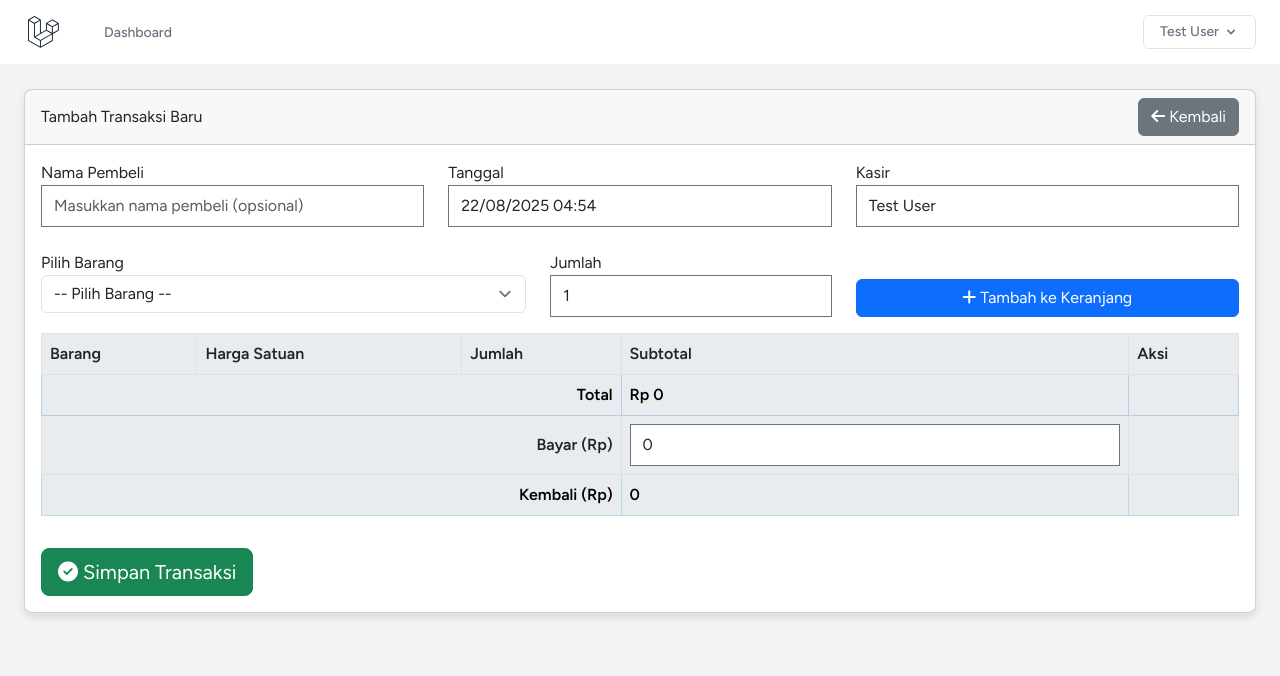
Repository: mufti-1448/kasir-app
Page: http://localhost/transaksis/create
An editor plug-in stored every save of this project. The page is shown before and after a run of saves, followed by the edit.
The browser window is 1280 px wide. The pictures show the whole page.
The page is served by the project's Laravel application, run on PHP 8.4 with Laravel 12. A made-up administrator, Test User (test@example.com), is signed in. Other server files are loaded and not shown. Style sheets and scripts are compiled from the project's sources, by tool versions that may differ from the author's. Queries for data that is not in the repository find no rows.

Above is the page before, as saved 2025-09-02 23:19:12.

### routes/web.php
<?php

use App\Http\Controllers\ProfileController;
use App\Http\Controllers\BarangController;
use Illuminate\Support\Facades\Route;
use App\Http\Controllers\TransaksiController;

Route::get('/', function () {
    return view('welcome');
});

Route::get('/dashboard', function () {
    return view('dashboard');
})->middleware(['auth', 'verified'])->name('dashboard');

Route::middleware('auth')->group(function () {
    // Profile routes
    Route::get('/profile', [ProfileController::class, 'edit'])->name('profile.edit');
    Route::patch('/profile', [ProfileController::class, 'update'])->name('profile.update');
    Route::delete('/profile', [ProfileController::class, 'destroy'])->name('profile.destroy');

    // Barang routes - menggunakan resource controller
    Route::resource('barangs', BarangController::class);

    // Alternatif: jika ingin mendefinisikan manual satu per satu
    // Route::get('/barangs', [BarangController::class, 'index'])->name('barangs.index');
    // Route::get('/barangs/create', [BarangController::class, 'create'])->name('barangs.create');
    // Route::post('/barangs', [BarangController::class, 'store'])->name('barangs.store');
    // Route::get('/barangs/{barang}', [BarangController::class, 'show'])->name('barangs.show');
    // Route::get('/barangs/{barang}/edit', [BarangController::class, 'edit'])->name('barangs.edit');
    // Route::put('/barangs/{barang}', [BarangController::class, 'update'])->name('barangs.update');
    // Route::delete('/barangs/{barang}', [BarangController::class, 'destroy'])->name('barangs.destroy');

    // Tambahkan di dalam middleware auth
    Route::resource('transaksis', TransaksiController::class);
    Route::post('transaksis/add-item', [TransaksiController::class, 'addItem'])->name('transaksis.addItem');
    Route::post('transaksis/remove-item', [TransaksiController::class, 'removeItem'])->name('transaksis.removeItem');
    Route::post('transaksis/process-payment', [TransaksiController::class, 'processPayment'])->name('transaksis.processPayment');
});

require __DIR__ . '/auth.php';

### app/Models/Barang.php
<?php

namespace App\Models;

use Illuminate\Database\Eloquent\Factories\HasFactory;
use Illuminate\Database\Eloquent\Model;
use Illuminate\Database\Eloquent\SoftDeletes;

class Barang extends Model
{
    use HasFactory, SoftDeletes;

    protected $table = 'barangs'; // <- Pastikan ini 'barangs'

    protected $fillable = [
        'nama',
        'kategori',
        'harga_beli',
        'harga_jual',
        'stok',
        'satuan'
    ];
}

### resources/views/transaksis/create.blade.php
@extends('layouts.app')

@section('title', 'Tambah Transaksi Baru')

@section('content')
    <div class="container-fluid">
        <div class="row">
            <div class="col-md-12">
                <div class="card">
                    <div class="card-header d-flex justify-content-between align-items-center">
                        <h5 class="mb-0">Tambah Transaksi Baru</h5>
                        <a href="{{ route('transaksis.index') }}" class="btn btn-secondary">
                            <i class="fas fa-arrow-left"></i> Kembali
                        </a>
                    </div>
                    <div class="card-body">
                        <form id="form-transaksi" method="POST" action="{{ route('transaksis.store') }}">
                            @csrf

                            <!-- Informasi Transaksi & Nama Pembeli -->
                            <div class="row mb-4">
                                <div class="col-md-4">
                                    <div class="form-group">
                                        <label for="nama_pembeli">Nama Pembeli</label>
                                        <input type="text" name="nama_pembeli" id="nama_pembeli" class="form-control"
                                            placeholder="Masukkan nama pembeli (opsional)"
                                            value="{{ old('nama_pembeli') }}">
                                    </div>
                                </div>
                                <div class="col-md-4">
                                    <div class="form-group">
                                        <label for="tanggal">Tanggal</label>
                                        <input type="text" class="form-control" value="{{ now()->format('d/m/Y H:i') }}"
                                            readonly>
                                    </div>
                                </div>
                                <div class="col-md-4">
                                    <div class="form-group">
                                        <label for="kasir">Kasir</label>
                                        <input type="text" class="form-control" value="{{ auth()->user()->name }}"
                                            readonly>
                                    </div>
                                </div>
                            </div>

                            <!-- Pilih Barang -->
                            <div class="row mb-3">
                                <div class="col-md-5">
                                    <label for="barang_id">Pilih Barang</label>
                                    <select id="barang_id" class="form-control">
                                        <option value="">-- Pilih Barang --</option>
                                        @foreach ($barangs as $barang)
                                            <option value="{{ $barang->id }}" data-harga="{{ $barang->harga_jual }}"
                                                data-nama="{{ $barang->nama }}" data-stok="{{ $barang->stok }}"
                                                data-kode="{{ $barang->kode }}">
                                                {{ $barang->kode }} - {{ $barang->nama }} (Stok: {{ $barang->stok }}) -
                                                Rp {{ number_format($barang->harga_jual, 0, ',', '.') }}
                                            </option>
                                        @endforeach
                                    </select>
                                    <small class="text-muted" id="stok-info"></small>
                                </div>
                                <div class="col-md-3">
                                    <label for="jumlah">Jumlah</label>
                                    <input type="number" id="jumlah" class="form-control" min="1" value="1">
                                </div>
                                <div class="col-md-4 d-flex align-items-end">
                                    <button type="button" id="btn-tambah" class="btn btn-primary w-100">
                                        <i class="fas fa-plus"></i> Tambah ke Keranjang
                                    </button>
                                </div>
                            </div>

                            <!-- Tabel Transaksi -->
                            <div class="table-responsive mb-3">
                                <table class="table table-bordered table-hover" id="tabel-transaksi">
                                    <thead class="thead-light">
                                        <tr>
                                            <th>Barang</th>
                                            <th>Harga Satuan</th>
                                            <th>Jumlah</th>
                                            <th>Subtotal</th>
                                            <th>Aksi</th>
                                        </tr>
                                    </thead>
                                    <tbody>
                                        <!-- Items akan ditambahkan di sini via JavaScript -->
                                    </tbody>
                                    <tfoot>
                                        <tr class="table-primary">
                                            <th colspan="3" class="text-end">Total</th>
                                            <th id="total">Rp 0</th>
                                            <th></th>
                                        </tr>
                                        <tr>
                                            <th colspan="3" class="text-end">Bayar (Rp)</th>
                                            <th>
                                                <input type="number" name="bayar" id="bayar" class="form-control"
                                                    min="0" required value="{{ old('bayar', 0) }}">
                                            </th>
                                            <th></th>
                                        </tr>
                                        <tr class="table-info">
                                            <th colspan="3" class="text-end">Kembali (Rp)</th>
                                            <th id="kembali">0</th>
                                            <th></th>
                                        </tr>
                                    </tfoot>
                                </table>
                            </div>

                            <button type="submit" class="btn btn-success btn-lg">
                                <i class="fas fa-check-circle"></i> Simpan Transaksi
                            </button>
                        </form>
                    </div>
                </div>
            </div>
        </div>
    </div>
@endsection

@section('scripts')
    <script>
        document.addEventListener('DOMContentLoaded', function() {
            const barangSelect = document.getElementById('barang_id');
            const jumlahInput = document.getElementById('jumlah');
            const btnTambah = document.getElementById('btn-tambah');
            const tabelBody = document.querySelector('#tabel-transaksi tbody');
            const totalEl = document.getElementById('total');
            const bayarEl = document.getElementById('bayar');
            const kembaliEl = document.getElementById('kembali');
            const stokInfo = document.getElementById('stok-info');
            const form = document.getElementById('form-transaksi');

            let items = [];

            function formatRupiah(angka) {
                return new Intl.NumberFormat('id-ID').format(angka);
            }

            function updateStokInfo() {
                if (!barangSelect.value) {
                    stokInfo.textContent = '';
                    return;
                }
                const selectedOption = barangSelect.options[barangSelect.selectedIndex];
                let stok = parseInt(selectedOption.getAttribute('data-stok'));
                if (stok <= 0) {
                    stokInfo.textContent = 'Stok habis';
                    stokInfo.className = 'text-danger';
                    btnTambah.disabled = true;
                } else {
                    stokInfo.textContent = `Stok tersedia: ${stok}`;
                    stokInfo.className = 'text-muted';
                    btnTambah.disabled = false;
                }
                jumlahInput.setAttribute('max', stok);
                if (parseInt(jumlahInput.value) > stok) jumlahInput.value = stok;
            }

            function updateTotal() {
                let total = items.reduce((sum, item) => sum + item.harga * item.jumlah, 0);
                totalEl.textContent = 'Rp ' + formatRupiah(total);

                const bayar = parseFloat(bayarEl.value) || 0;
                const kembali = bayar - total;
                kembaliEl.textContent = formatRupiah(kembali);

                // Warn jika bayar kurang
                if (bayar < total) {
                    bayarEl.classList.add('is-invalid');
                    kembaliEl.parentElement.classList.add('table-danger');
                } else {
                    bayarEl.classList.remove('is-invalid');
                    kembaliEl.parentElement.classList.remove('table-danger');
                }
            }

            barangSelect.addEventListener('change', updateStokInfo);

            btnTambah.addEventListener('click', function() {
                if (!barangSelect.value) {
                    alert('Pilih barang terlebih dahulu');
                    return;
                }

                const selectedOption = barangSelect.options[barangSelect.selectedIndex];
                const barangId = barangSelect.value;
                const nama = selectedOption.getAttribute('data-nama');
                const kode = selectedOption.getAttribute('data-kode');
                let harga = parseFloat(selectedOption.getAttribute('data-harga'));
                let stok = parseInt(selectedOption.getAttribute('data-stok'));
                let jumlah = parseInt(jumlahInput.value);

                if (jumlah > stok) {
                    alert(`Stok tidak cukup. Stok tersedia: ${stok}`);
                    return;
                }

                // Kurangi stok
                stok -= jumlah;
                selectedOption.setAttribute('data-stok', stok);
                updateStokInfo();

                const existingItem = items.find(item => item.barangId === barangId);

                if (existingItem) {
                    existingItem.jumlah += jumlah;
                    const row = tabelBody.querySelector(`tr[data-barang-id="${barangId}"]`);
                    row.cells[2].textContent = existingItem.jumlah;
                    row.cells[3].textContent = 'Rp ' + formatRupiah(existingItem.jumlah * harga);
                } else {
                    const newItem = {
                        barangId,
                        kode,
                        nama,
                        harga,
                        jumlah
                    };
                    items.push(newItem);

                    const newRow = tabelBody.insertRow();
                    newRow.setAttribute('data-barang-id', barangId);
                    newRow.innerHTML = `
                <td>${kode} - ${nama}</td>
                <td>Rp ${formatRupiah(harga)}</td>
                <td>${jumlah}</td>
                <td>Rp ${formatRupiah(harga * jumlah)}</td>
                <td>
                    <button type="button" class="btn btn-sm btn-danger btn-hapus">
                        <i class="fas fa-trash"></i>
                    </button>
                </td>
            `;

                    newRow.querySelector('.btn-hapus').addEventListener('click', function() {
                        // Kembalikan stok
                        const selectedOption = barangSelect.querySelector(
                            `option[value="${barangId}"]`);
                        let currentStok = parseInt(selectedOption.getAttribute('data-stok'));
                        currentStok += newItem.jumlah;
                        selectedOption.setAttribute('data-stok', currentStok);
                        items = items.filter(item => item.barangId !== barangId);
                        newRow.remove();
                        updateStokInfo();
                        updateTotal();
                    });
                }

                updateTotal();
                jumlahInput.value = 1;
            });

            bayarEl.addEventListener('input', updateTotal);

            form.addEventListener('submit', function(e) {
                if (items.length === 0) {
                    e.preventDefault();
                    alert('Tambahkan minimal satu item ke keranjang');
                    return;
                }

                // Hapus input hidden lama jika ada
                form.querySelectorAll('input[type="hidden"]').forEach(i => i.remove());

                // Tambahkan input hidden untuk setiap item
                items.forEach((item, index) => {
                    const inputBarang = document.createElement('input');
                    inputBarang.type = 'hidden';
                    inputBarang.name = `items[${index}][barang_id]`;
                    inputBarang.value = item.barangId;
                    form.appendChild(inputBarang);

                    const inputJumlah = document.createElement('input');
                    inputJumlah.type = 'hidden';
                    inputJumlah.name = `items[${index}][jumlah]`;
                    inputJumlah.value = item.jumlah;
                    form.appendChild(inputJumlah);

                    const inputHarga = document.createElement('input');
                    inputHarga.type = 'hidden';
                    inputHarga.name = `items[${index}][harga_satuan]`;
                    inputHarga.value = item.harga;
                    form.appendChild(inputHarga);
                });
            });


            // Inisialisasi
            updateStokInfo();
            updateTotal();
        });
    </script>
@endsection

@section('styles')
    <style>
        .table th {
            vertical-align: middle;
        }

        #stok-info {
            display: block;
            margin-top: 5px;
            font-weight: 500;
        }

        .is-invalid {
            border-color: #dc3545;
        }

        #tabel-transaksi td,
        #tabel-transaksi th {
            vertical-align: middle;
        }

        .btn-hapus {
            min-width: 40px;
        }
    </style>
@endsection

### resources/views/layouts/app.blade.php
<!DOCTYPE html>
<html lang="{{ str_replace('_', '-', app()->getLocale()) }}">
<head>
    <meta charset="utf-8">
    <meta name="viewport" content="width=device-width, initial-scale=1">
    <meta name="csrf-token" content="{{ csrf_token() }}">

    <title>{{ config('app.name', 'Laravel') }}</title>

    <!-- Fonts -->
    <link rel="preconnect" href="https://fonts.bunny.net">
    <link href="https://fonts.bunny.net/css?family=figtree:400,500,600&display=swap" rel="stylesheet">

    <!-- Bootstrap CSS -->
    <link href="https://cdn.jsdelivr.net/npm/bootstrap@5.3.0/dist/css/bootstrap.min.css" rel="stylesheet">

    <!-- Font Awesome -->
    <link rel="stylesheet" href="https://cdnjs.cloudflare.com/ajax/libs/font-awesome/6.4.0/css/all.min.css">

    <!-- App CSS -->
    @vite(['resources/css/app.css', 'resources/js/app.js'])

    <!-- Custom Styles -->
    <style>
        body {
            font-family: 'Figtree', sans-serif;
            background-color: #f1f3f5;
        }

        .card {
            box-shadow: 0 0.25rem 0.5rem rgba(0,0,0,0.1);
            border-radius: 0.5rem;
            transition: transform 0.2s;
        }
        .card:hover {
            transform: translateY(-5px);
        }

        .table th {
            background-color: #e9ecef;
        }

        header.bg-white {
            background-color: #ffffff !important;
        }

        .btn-delete {
            color: #fff;
            background-color: #dc3545;
            border: none;
        }
        .btn-delete:hover {
            background-color: #c82333;
        }
    </style>
</head>
<body>
    <div class="min-vh-100 d-flex flex-column">
        <!-- Navigation -->
        @include('layouts.navigation')

        <!-- Page Heading -->
        @if (isset($header))
            <header class="bg-white shadow-sm">
                <div class="container py-4 px-3">
                    {{ $header }}
                </div>
            </header>
        @endif

        <!-- Page Content -->
        <main class="flex-grow-1 container my-4">
            @yield('content')
        </main>
    </div>

    <!-- Bootstrap JS -->
    <script src="https://cdn.jsdelivr.net/npm/bootstrap@5.3.0/dist/js/bootstrap.bundle.min.js"></script>

    @yield('scripts')
    <!-- Script Konfirmasi -->
    <script>
        document.addEventListener('DOMContentLoaded', function() {
            document.querySelectorAll('.btn-delete').forEach(button => {
                button.addEventListener('click', function(e) {
                    if(!confirm('Apakah Anda yakin ingin menghapus data ini?')) {
                        e.preventDefault();
                    }
                });
            });
        });
    </script>

</body>
</html>

Loaded but not shown: routes/auth.php (common file); app/Http/Controllers/Auth/EmailVerificationPromptController.php (common file); app/Http/Controllers/Controller.php (common file); app/Http/Controllers/Auth/VerifyEmailController.php (common file); app/Models/User.php (common file); resources/views/layouts/navigation.blade.php (common file); resources/views/components/application-logo.blade.php (common file); resources/views/components/nav-link.blade.php (common file); resources/views/components/dropdown-link.blade.php (common file); resources/views/components/dropdown.blade.php (common file); resources/views/components/responsive-nav-link.blade.php (common file); resources/css/app.css (common file); tailwind.config.js (common file); resources/js/app.js (common file); resources/js/bootstrap.js (common file); app/Http/Controllers/TransaksiController.php (184 lines, source omitted)

After the next 2 saves:
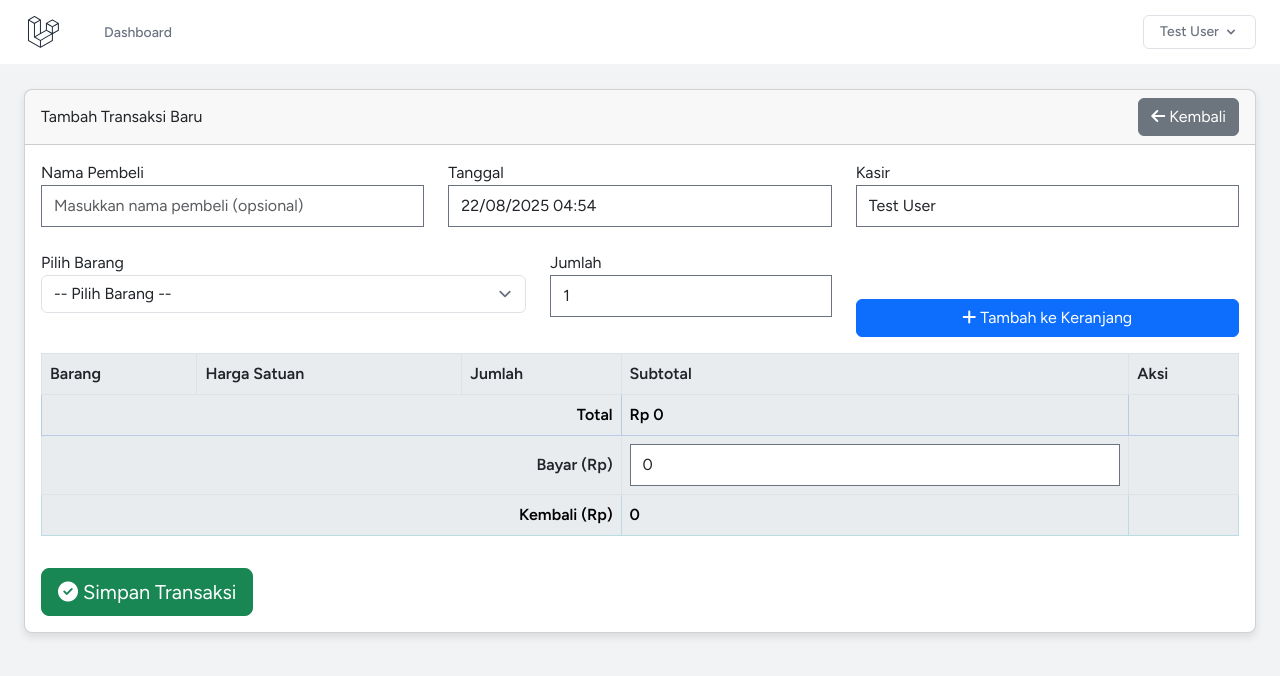
The 2 saves are shown as one change because they came seconds apart.
The last was saved 68 s later.
--- a/resources/views/transaksis/create.blade.php
+++ b/resources/views/transaksis/create.blade.php
@@ -45,20 +45,19 @@
 
                             <!-- Pilih Barang -->
                             <div class="row mb-3">
-                                <div class="col-md-5">
+                                <div class="col-md-5 d-flex flex-column">
                                     <label for="barang_id">Pilih Barang</label>
-                                    <select id="barang_id" class="form-control">
+                                    <select id="barang_id" class="form-control mb-1">
                                         <option value="">-- Pilih Barang --</option>
                                         @foreach ($barangs as $barang)
                                             <option value="{{ $barang->id }}" data-harga="{{ $barang->harga_jual }}"
-                                                data-nama="{{ $barang->nama }}" data-stok="{{ $barang->stok }}"
-                                                data-kode="{{ $barang->kode }}">
-                                                {{ $barang->kode }} - {{ $barang->nama }} (Stok: {{ $barang->stok }}) -
-                                                Rp {{ number_format($barang->harga_jual, 0, ',', '.') }}
+                                                data-nama="{{ $barang->nama }}" data-stok="{{ $barang->stok }}">
+                                                {{ $barang->kode }} - {{ $barang->nama }} (Stok: {{ $barang->stok }}) - Rp
+                                                {{ number_format($barang->harga_jual, 0, ',', '.') }}
                                             </option>
                                         @endforeach
                                     </select>
-                                    <small class="text-muted" id="stok-info"></small>
+                                    <small class="text-muted" id="stok-info" style="min-height: 20px;"></small>
                                 </div>
                                 <div class="col-md-3">
                                     <label for="jumlah">Jumlah</label>
@@ -69,6 +68,7 @@
                                         <i class="fas fa-plus"></i> Tambah ke Keranjang
                                     </button>
                                 </div>
+
                             </div>
 
                             <!-- Tabel Transaksi -->
